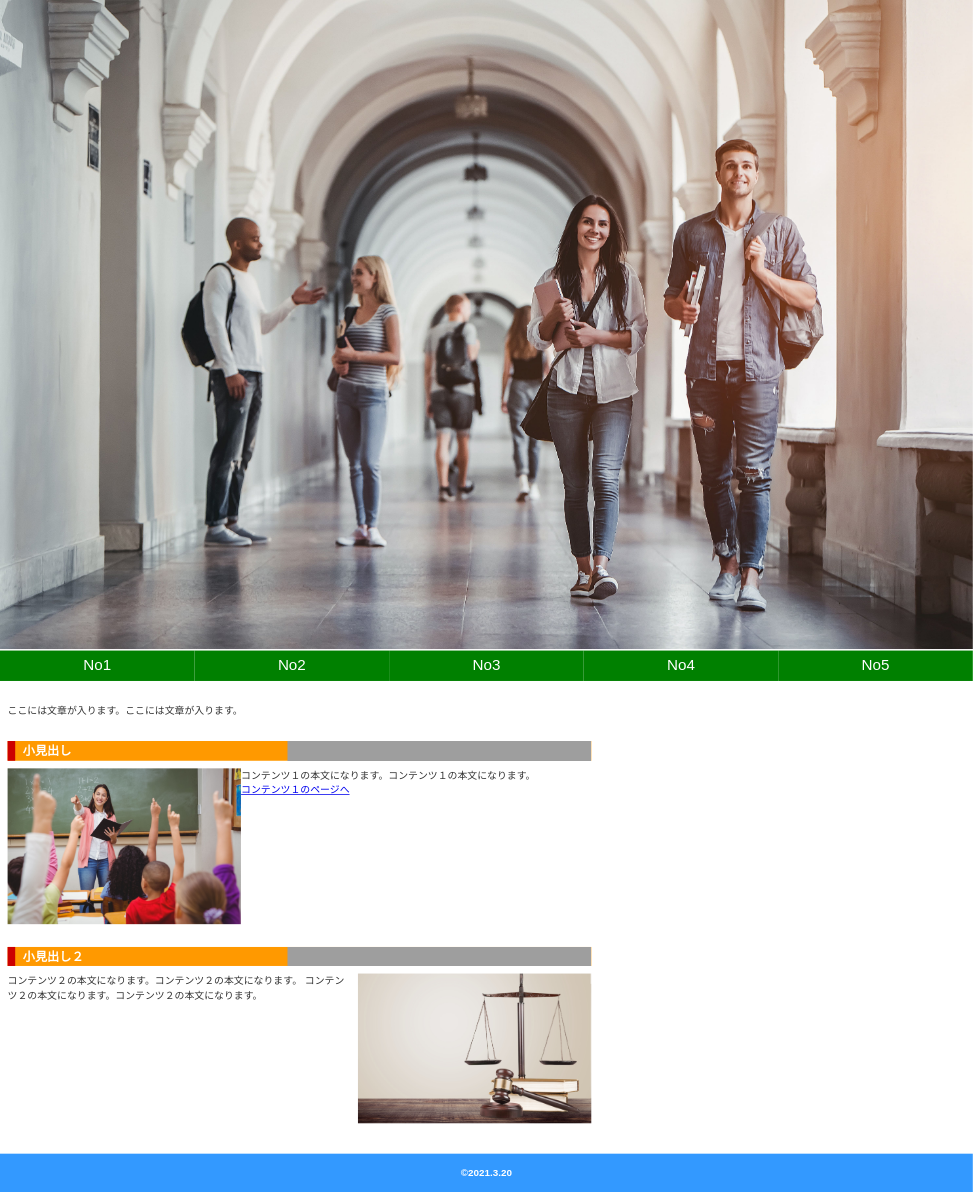
Repository: Hikaru-Ichikawa/samurai_HTML-CSS
Page: home.html
The author's editor kept a record of every edit. The page is drawn from the files as they stood at one moment, then again after the next edit.
The browser window is 1280 px wide. The pictures show the whole page, at 76% of full size.
Pictures or frames that could not be fetched are drawn as grey boxes.

Above is the page before.

### home.html
<!DOCTYPE html>
<html lang="ja">
    <head>
        <meta charset="UTF-8">
        <title>HTML/CSSの学習</title>
        <link rel="stylesheet" href="stylesheet.css">
    </head>
    <body>
        <div id='header'>
            <h1><a href=''><img id='corridor' src='images/school.jpeg' alt=''></a></h1>
        </div>
        <div id='nav'>
            <ul>
                <li>
                    <a href=''>No1</a>
                </li>
                <li>
                    <a href=''>No2</a>
                </li>
                <li>
                    <a href=''>No3</a>
                </li>
                <li>
                    <a href=''>No4</a>
                </li>
                <li>
                    <a href=''>No5</a>
                </li>
            </ul>
        </div>
        <div id='container'>
            <div id='main'>
                <div class='post'>
                    <p>ここには文章が入ります。ここには文章が入ります。</p>
                </div>
                <div class='post clearfix'>
                    <h2>小見出し</h2>
                    <img class='left' src='images/classroom.jpeg' alt='教室'>
                    <p>
                        コンテンツ１の本文になります。コンテンツ１の本文になります。
                    </p>
                    <p>
                        <a href="#">コンテンツ１のページへ</a>
                    </p>
                </div>
                <div class='post clearfix'>
                    <h2>小見出し２</h2>
                    <img class='right' src='images/scale.jpeg' alt='天秤'>
                    <p>
                        コンテンツ２の本文になります。コンテンツ２の本文になります。
                        コンテンツ２の本文になります。コンテンツ２の本文になります。
                    </p>
                </div>
            </div>
        </div>
        <div id='footer'>
            <p>&copy;2021.3.20</p>
        </div>
    </body>
</html>

### stylesheet.css
@charset "utf-8";

html{
    scroll-behavior:smooth;
}

body {
	margin: 0;
	padding: 0;
	font-family: "ヒラギノ角ゴ Pro W3", "Hiragino Kaku Gothic Pro", "メイリオ", Meiryo, Osaka, "ＭＳ Ｐゴシック", "MS PGothic", sans-serif;
	color: #333;
	font-size: 13px;
	line-height: 150%;
	background-image:url(images/Samurai.png);
	background-repeat: no-repeat;
}

/* -------------------- wrapper -------------------- */
#wrapper {
    width: 100%;
    margin: auto;
    padding: 0px;
    border: 0px;
    background-color: #FFF;
    top: 10px;
    position: relative;
}

#header {
    width:100%;
}

#header h1 {
    margin:0;
    padding:0;
}

#corridor{
    width:100%;
    height:auto;
}



#footer {
    clear: both;
    width: 100%;
    padding: 3px 0 3px 0;
    background: #39F;
    color: #FFF;
    font-weight: bold;
    text-align: center;
}

#nav{
    width:100%;
}

#nav ul{
    margin: 0;
    padding: 0;
    list-style-type: none;
}

#nav ul li{
    float: left;
    width: 20%;
    text-align: center;
}

#nav ul li a{
    display:block;
    height: 20px;
    margin: 0;
    padding: 10px;
    color:#FFF;
    font-size: 20px;
    text-decoration:none;
    background-color: green;
}

#nav ul li a:hover {
    filter: drop-shadow(10px 10px 10px black);
}

#responsive-img{
    height: auto;
    width: 80vw;
}

#container{
    width: 100%;
    margin: auto;
    padding: auto;
    padding-top: 20px;
    clear:both;
}

#main{
    float:left;
    width: 60%;
    padding: 10px 30px 10px 10px;
}

#main h2{
    margin: 0 0 10px 0;
    padding:3px 10px 3px 10px;
    color: #FFF;
    font-size: 16px;
    border-left: solid 10px #C00;
    background: #F90 url(../images/main_h2.jpg) right top repeat-y;
}

#main p{
    margin:0;
    padding:0;
}

#main .post{
    margin: 0 0 30px 0;
}

#main .post img.right{
    margin: 0 0 0 8px;
}

#main .post img.left{
    margin 0 8px 0 0;
}

.right{
    float: right;
    width: 40%;
    height: auto;
}

.left{
    float: left;
    width:40%;
    height: auto;
}

.clearfix{
    zoom: 1;
}

.clearfix:after{
    content: "";
    display: block;
    clear: both;
}

#side{
    float:right;
    width: 30%;
    padding:20px;
    background-color: #F99;
}

#side .box{
    margin:0 auto 30px auto;
    padding:0 0 20px 0;
    background:url(images/side_box.png) bottom no-repeat;
}

#side .box h2{
    margin:0;
    padding: 8px;
    text-align: center;
    color: #fff;
    font-size: 16px;
    line-height:16px;
    font-weight:normal;
    background: url(images/side_box_h2.png) center no-repeat;
}

#side .box .boxBody{
    padding: 8px;
    border-right: solid 1px #C36;
    border-bottom: solid 1px #C36;
    border-left: solid 1px #C36;
    background: #fff;
}

#side .box .boxBody ul li{
    padding:8px 0 8px 4px;
    list-style: none;
    border-bottom:solid 1px #C36;
}

#side .box .boxBody ul li:hover {
    padding:8px 0 8px 4px;
    list-style: none;
    border-bottom:solid 1px #C36;
    box-shadow:0px 4px 4px rgba(0,0,0,0.3);
}

After the next edit:
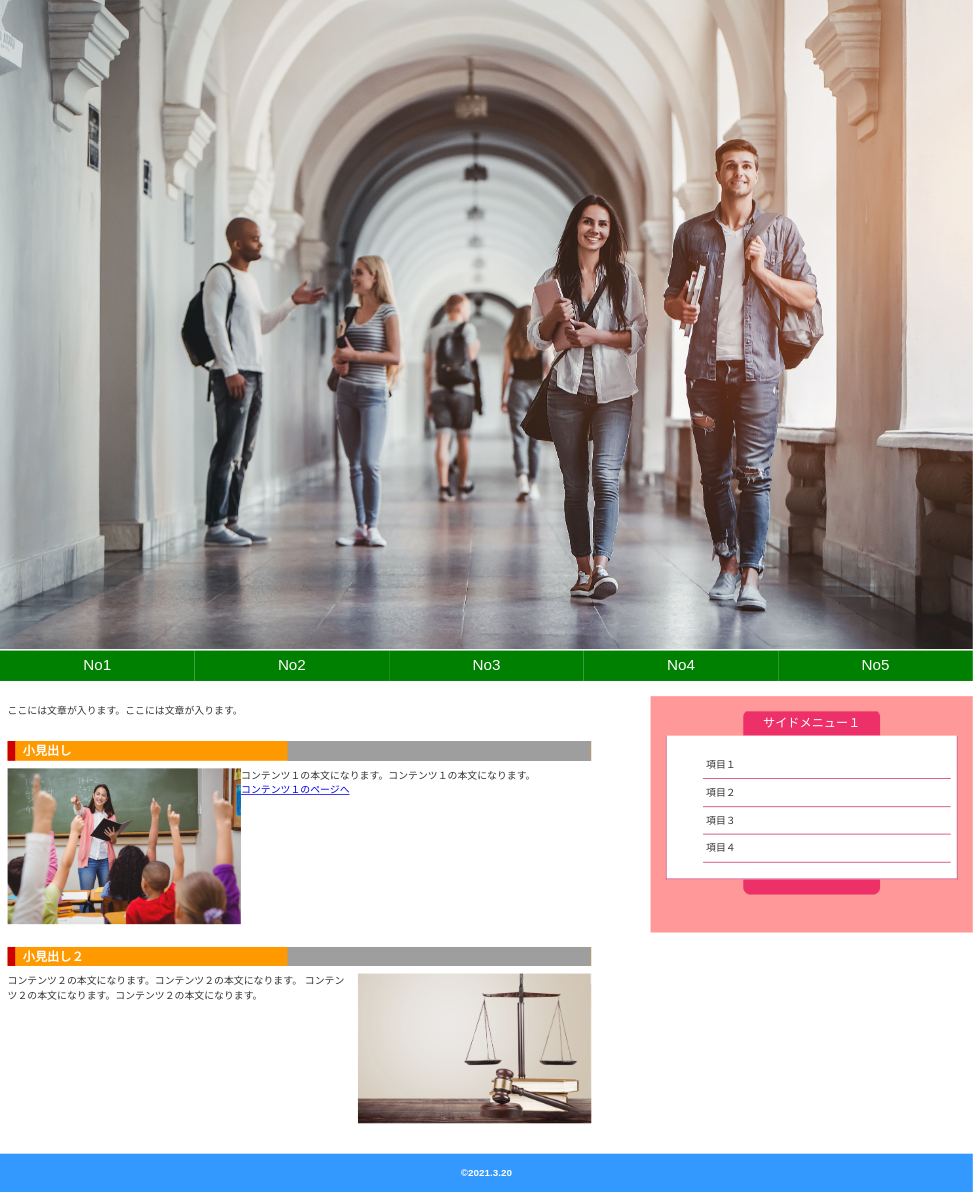
The edit:
--- a/home.html
+++ b/home.html
@@ -52,6 +52,19 @@
                     </p>
                 </div>
             </div>
+            <div id='side'>
+                <div class='box'>
+                    <h2>サイドメニュー１</h2>
+                    <div class='boxBody'>
+                        <ul>
+                            <li>項目１</li>
+                            <li>項目２</li>
+                            <li>項目３</li>
+                            <li>項目４</li>
+                        </ul>
+                    </div>
+                </div>
+            </div>
         </div>
         <div id='footer'>
             <p>&copy;2021.3.20</p>
